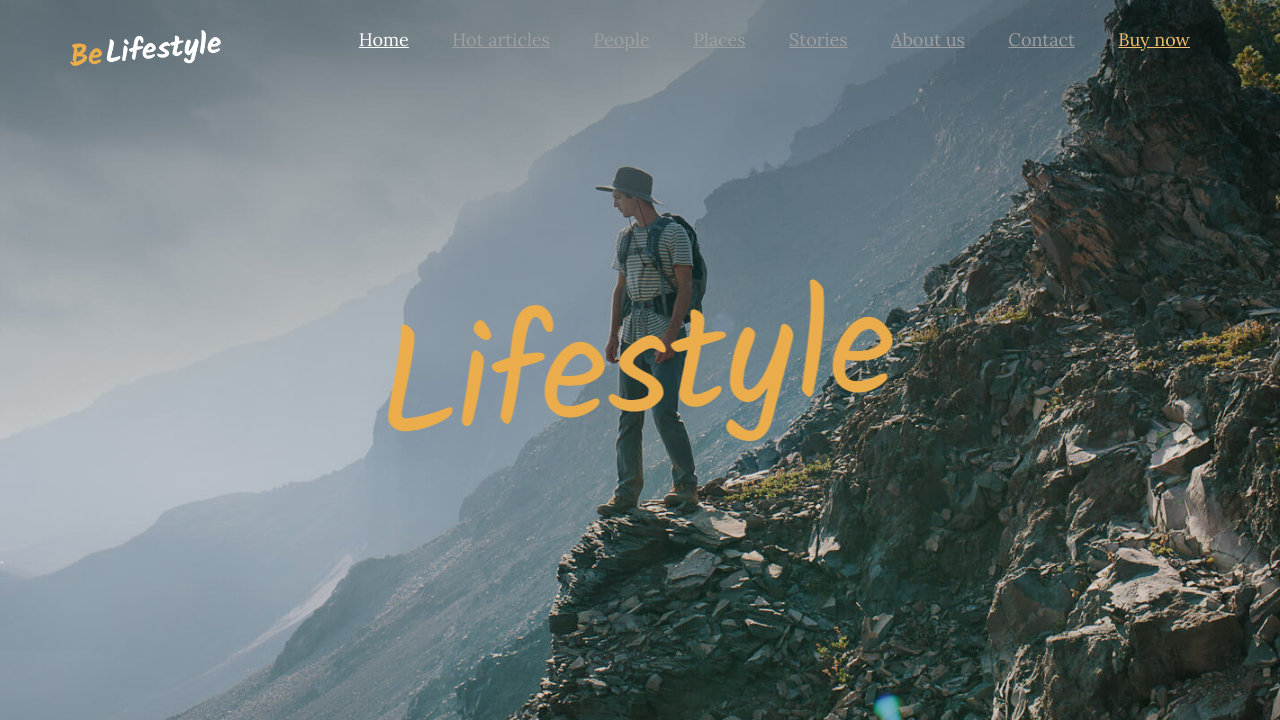
Repository: MalgorzataMazur/BeLife
Page: index.html
An editor plug-in stored every save of this project. The page is shown before and after the next save, followed by the edit.
The browser window is 1280 px wide. The pictures show the whole page.

Above is the page before, as saved 2019-10-31 17:37:48.

### index.html
<!DOCTYPE html>
<html lang="en-US">
<head>
    <link rel="stylesheet" href="vendors/css/normalize.css">
    <link rel="stylesheet" href="vendors/css/grid.css">
    <link rel="stylesheet" type="text/css" href="resources/css/style.css">
    <link href="https://fonts.googleapis.com/css?family=Lora:400,400i,700,700i&display=swap" rel="stylesheet">
    <title>BeLifestyle</title>
    <meta charset="UTF-8">
    <meta name="viewport" content="width=device-width, initial-scale=1.0">
    <meta http-equiv="X-UA-Compatible" content="ie=edge">
    <title>Document</title>
</head>
<body>
    <header>
        <nav>
            <div class="row">
                <img src="resources/img/retina-lifestyle.png" alt="BeLifestyle logo" class="logo">
                <ul class="main-nav">
                    <li><a href="/home">Home</a></li>
                    <li><a href="#">Hot articles</a></li>
                    <li><a href="#">People</a></li>
                    <li><a href="#">Places</a></li>
                    <li><a href="#">Stories</a></li>
                    <li><a href="#">About us</a></li>
                    <li><a href="#">Contact</a></li>
                    <li><a href="/buy">Buy now</a></li>

                </ul>

            </div>
        </nav>
        <div class="hero-logo-box">
            <h1><img src="resources/css/img/home_lifestyle_slogan.png"></h1>
        </div>

    </header>




</body>
</html>

### resources/css/style.css
/* ---------BASIC SETUP---------- */
* {
    margin: 0;
    padding: 0;
    box-sizing: border-box;
}

html {
    color: #9d9fa0;
    font-family: "Lora", Arial, Tahoma, sans-serif;
    font-weight: 400;
    font-size: 13px;

}

/* ---------REAUSABLE COMPONENTS---------- */
.row {
    max-width: 1140px;
    margin: 0 auto;
}

/* ---------HEADINGS---------- */
h1 {
    margin: 0;
    position: absolute;
    left: 50%;
    top: 50%;
    transform: translate(-50%,-50%);
    width: 505px;
    height: 162px;

}

/* ---------HEADER---------- */
header {
    background-image:  url(img/home_lifestyle_blog_sectionbg1.jpg);
    background-size: cover;
    background-position: center;
    height: 100vh;
}

.hero-logo-box {
    width: 1140px;
}

.logo {
    height: 36px;
    width: auto;
    margin-top: 30px;
    float: left;

}

.main-nav {
    float: right;
    list-style: none;

}
.main-nav li {
    display: inline-block;
    font-size: 18px;
    margin-top: 30px;
    padding: 0 20px;


}

ul li a[href="/home"] {
    color: #fff;
}

ul li a[href="/buy"] {
    color: #f3c070;
}
ul li a {
    color: #9d9fa0;
}

Loaded but not shown: vendors/css/normalize.css (library); vendors/css/grid.css (library)

After the next save:
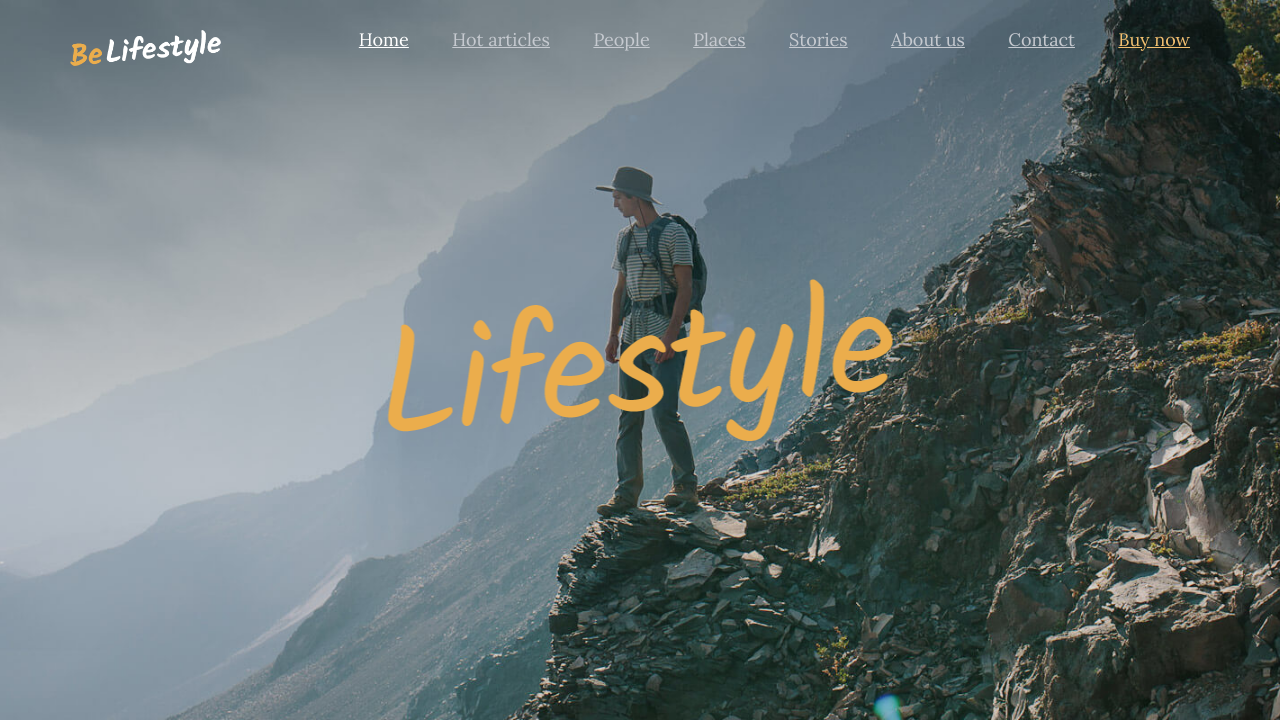
Saved 108 s later.
--- a/resources/css/style.css
+++ b/resources/css/style.css
@@ -73,5 +73,5 @@ ul li a[href="/buy"] {
     color: #f3c070;
 }
 ul li a {
-    color: #9d9fa0;
+    color: #C6CAD0;
 }
